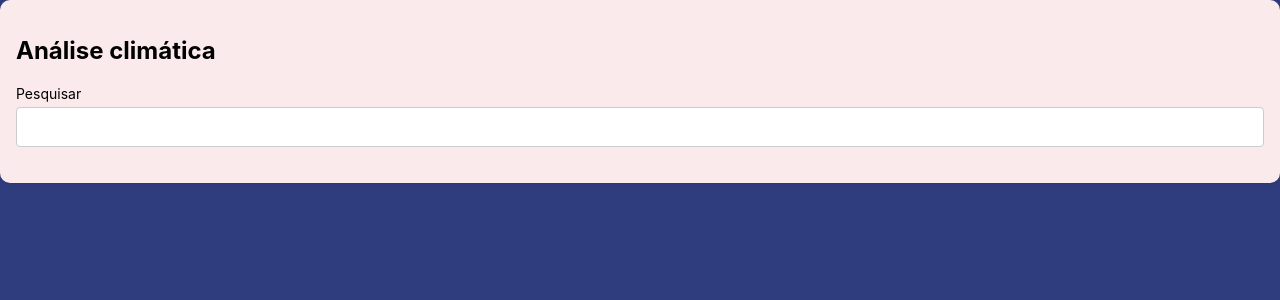
Repository: yurilemos/climate-check
Page: /
An editor plug-in stored every save of this project. The page is shown before and after a run of saves, followed by the edit.
The browser window is 1280 px wide. The pictures show the whole page.
The project was rebuilt for these pictures with package versions that can differ from the ones it lists, and the page was loaded fresh each time. Also part of the build but not shown: src/pages/notFound/index.jsx.

Above is the page before, as saved 2023-05-19 16:41:45.

After the next 6 saves:
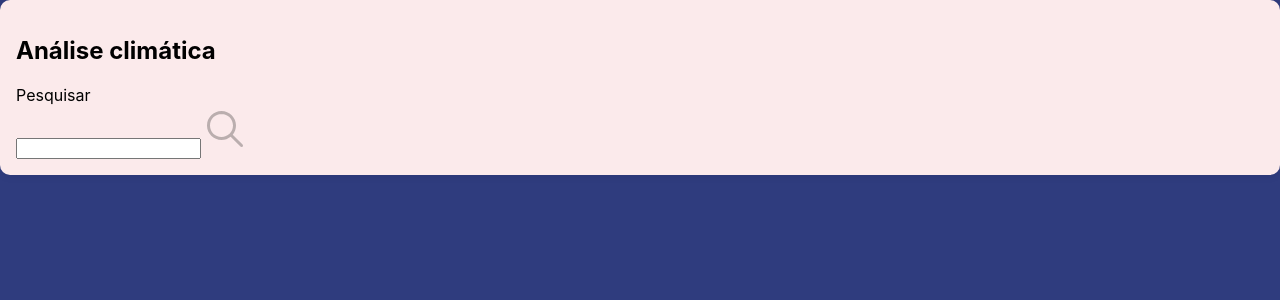
The 6 saves are shown as one change because 5 did not build or start.
The last was saved 3 min 43 s later.
--- a/src/components/searchInput/index.jsx
+++ b/src/components/searchInput/index.jsx
@@ -1,13 +1,41 @@
-import React from 'react';
+import React, { useState } from 'react';
 import './style.css'
 
-const CustomInput = ({type,label}) => {
+const SearchInput = ({label, onSearch}) => {
+  const [searchValue, setSearchValue] = useState('');
+
+  const handleSearch = () => {
+    // Lógica para executar a ação de pesquisa
+    console.log('Realizar pesquisa:', searchValue);
+    onSearch(searchValue);
+  };
+
+  const handleKeyPress = (event) => {
+    if (event.key === 'Enter') {
+      handleSearch();
+    }
+  };
   return (
-    <div className="custom-input">
-      <label htmlFor="custom-input">{label}</label>
-      <input id="custom-input" type={type ?? 'input'} />
+    <div className="custom-search">
+      <label htmlFor="custom-search">Pesquisar</label>
+      <div className="search-input">
+        <input
+          id="custom-search"
+          type="search"
+          value={searchValue}
+          onChange={(event) => setSearchValue(event.target.value)}
+          onKeyPress={handleKeyPress}
+        />
+        <img
+          className="search-icon"
+          src="images/search-icon.svg"
+          onClick={handleSearch}
+          alt='pesquisar'
+        />
+
+      </div>
     </div>
   );
 };
 
-export default CustomInput;
+export default SearchInput;
